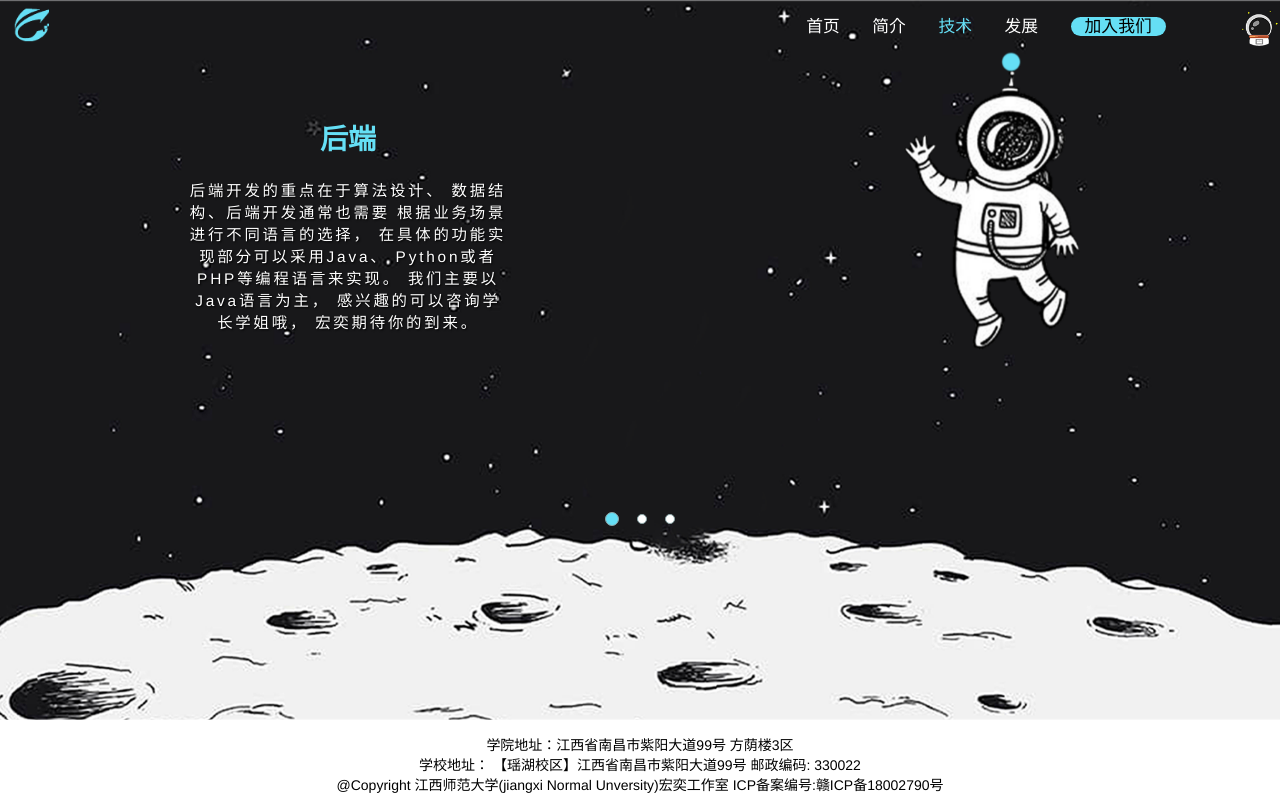
Repository: Homyit20/website
Page: /#/technique
The author's editor kept a copy of each file at every save. The page is drawn from the files as they stood at one save, then again after the next save.
The browser window is 1280 px wide. The pictures show the whole page.
The project was rebuilt for these pictures with package versions that can differ from the ones it lists, and the page was loaded fresh each time. Also part of the build but not shown: vue.config.js.

Above is the page before, as saved 2021-08-10 21:02:09.

After the next save:
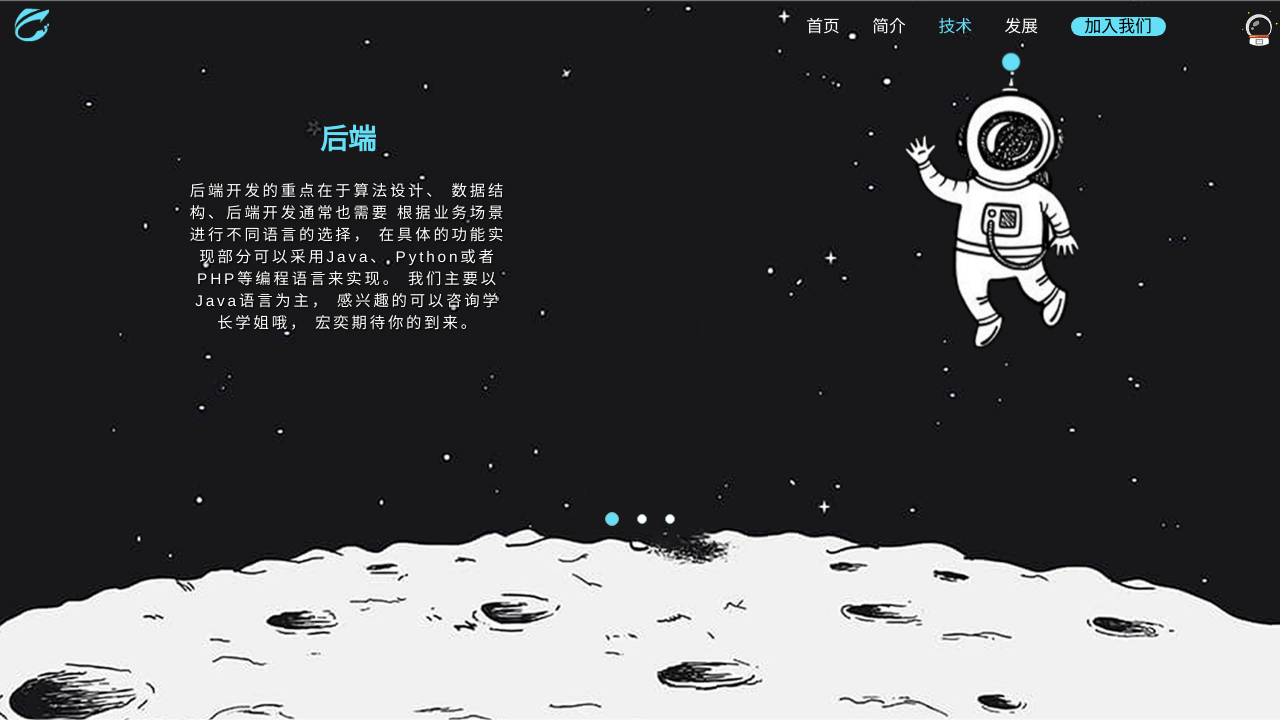
Saved 77 s later.
--- a/src/views/technique.vue
+++ b/src/views/technique.vue
@@ -64,13 +64,11 @@
                 <li class="tech-select-circle" @click='scroll(2)'></li>
             </ul>
         </div>
-        <Footer></Footer>
     </div>
 </template>
 
 <script>
   import NavBar from '../components/common/nav.vue'
-  import Footer from '../components/common/footer.vue'
   let before = 0;
   let after = 0;
   let techtime = null;
@@ -88,8 +86,7 @@
         }
     },
     components : {
-        NavBar,
-        Footer
+        NavBar
     },
     //挂载变量以便对象使用
     created(){
